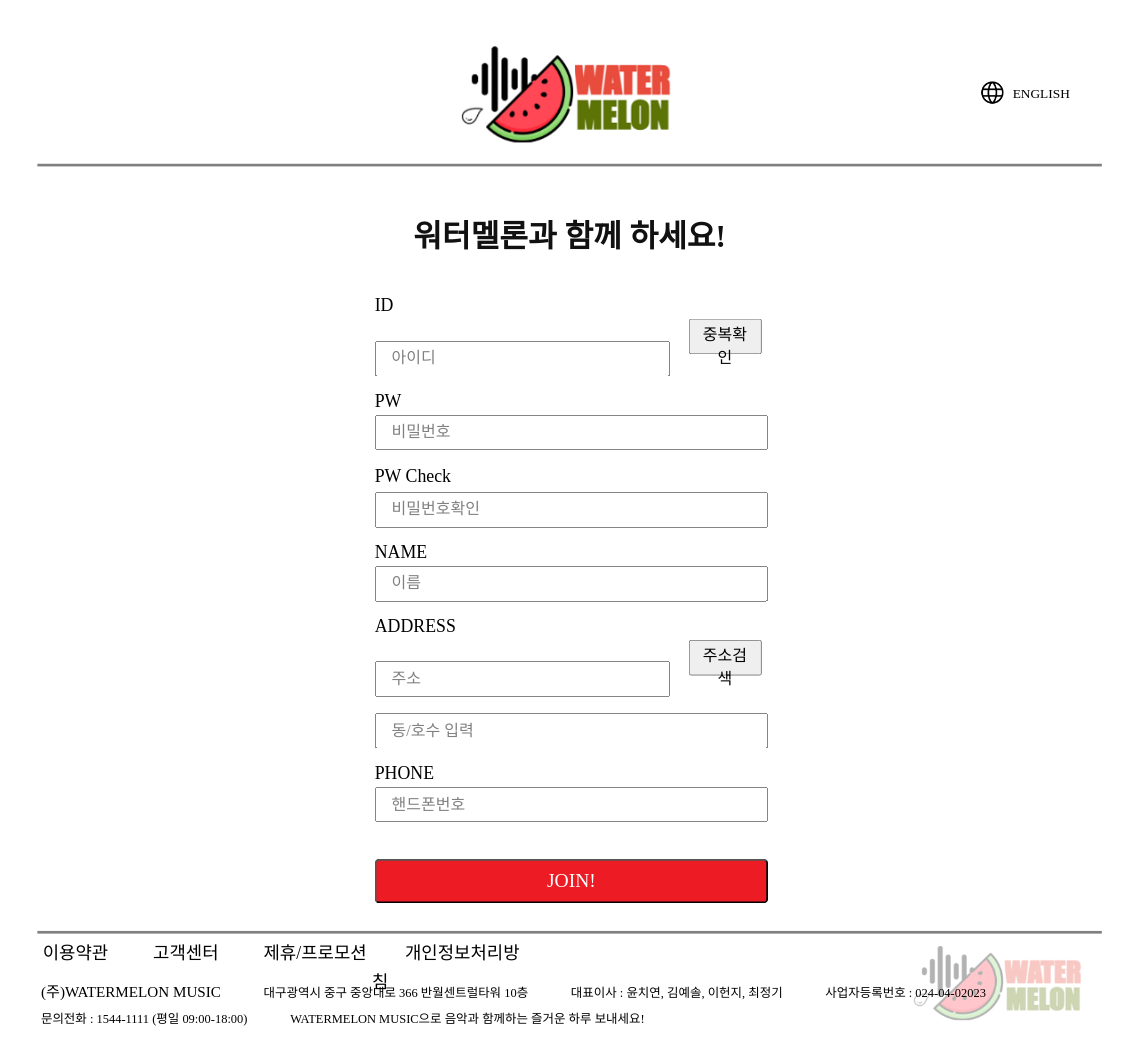
Repository: anchobb/TEAM_STS
Page: http://localhost/PJ_TEAM01/WEB-INF/views/member/join.jsp
The author's editor kept a copy of each file at every save. The page is drawn from the files as they stood at one save, then again after the next save.
The browser window is 1280 px wide. The pictures show the whole page, at 89% of full size.
Some web fonts or font styles are not loaded; a fallback is used. Some web libraries are served in a nearby version. The page is served by Tomcat 9. Nobody is signed in. The template is opened directly, without the code that normally fills it, so the values that code supplies are empty.

Above is the page before, as saved 2023-09-13 03:58:54.

After the next save:
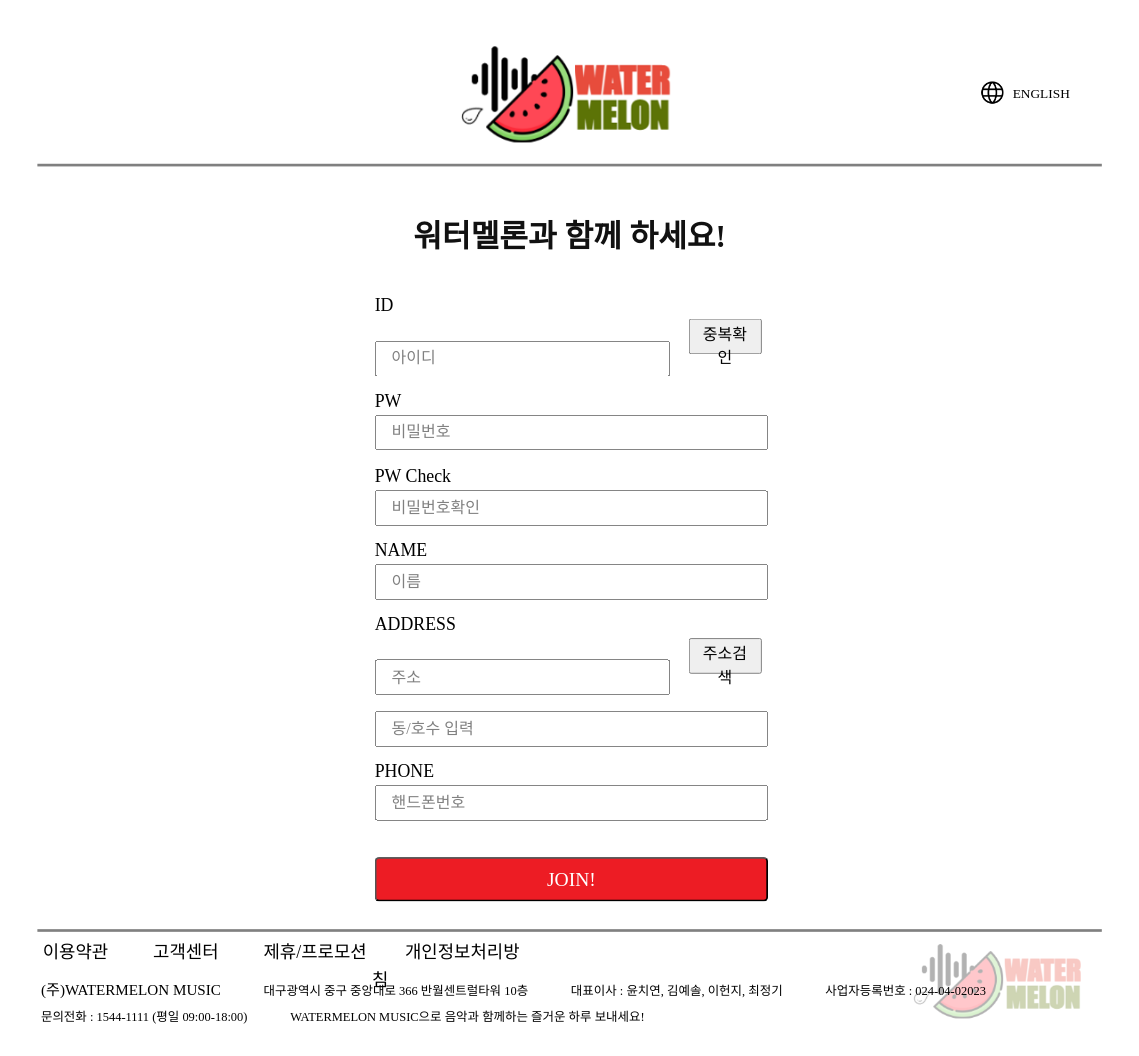
Saved 26 s later.
--- a/PJ_TEAM01/src/main/webapp/WEB-INF/views/member/join.jsp
+++ b/PJ_TEAM01/src/main/webapp/WEB-INF/views/member/join.jsp
@@ -39,7 +39,7 @@
                   <button id="idcheck_btn" >중복확인</button></li>
                <li><span>PW</span> <input id="pw_input" name="pw"
                   type="password" placeholder="비밀번호" title="비밀번호입력" required></li>
-               <li><span style="display:inline-block">PW Check</span> <span id="pw_mismatch_msg" style="color: red; font-size:15px; text-align:right;"></span>
+               <li><span style="display:inline-block">PW Check</span> <span id="pw_mismatch_msg" style="color: red; font-size:15px; display:inline-block; text-align:right;"></span>
                   <input id="pwc_input" name="pwc_input" type="password"
                   placeholder="비밀번호확인" title="비밀번호확인" required></li>
                <li><span>NAME</span> <input type="text" name="name"
